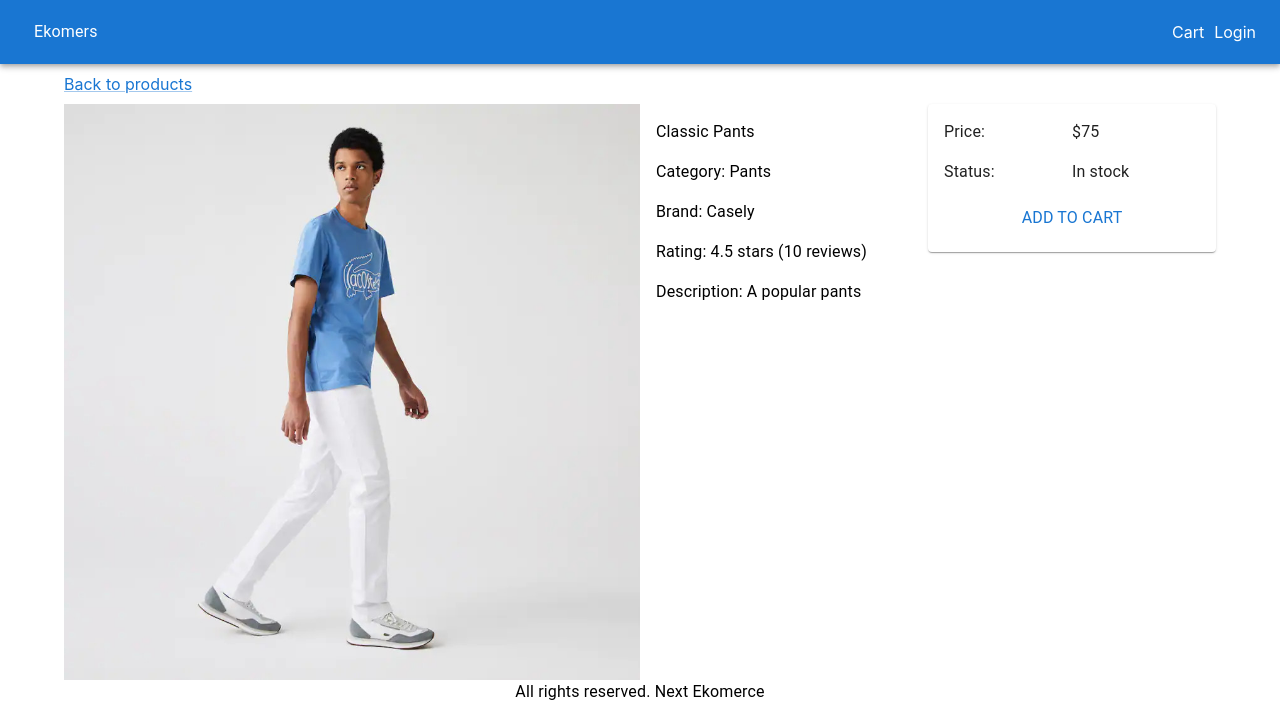
Repository: ChakmaSajib/ekomerce
Page: /product/classic-pants
The author's editor kept a copy of each file at every save. The page is drawn from the files as they stood at one save, then again after the next save.
The browser window is 1280 px wide. The pictures show the whole page.
The project was rebuilt for these pictures with package versions that can differ from the ones it lists, and the page was loaded fresh each time. The framework's server and built-in components were replaced by stand-ins that run in the browser. Also part of the build but not shown: next.config.js.

Above is the page before, as saved 2022-01-02 13:10:27.

### pages/_app.js
import React, { useEffect } from "react"
import '../styles/globals.css'
function MyApp({ Component, pageProps }) {
  useEffect(() => {
    // this will call after rendering this component
    // to remove css for server side rendering
    // to fix the issue with server-side with material-ui

    const jssStyle = document.querySelector('#jss-server-side')
    if (jssStyle) {
      jssStyle.parentElement.removeChild(jssStyle)
    }
  }, [])
  return <Component {...pageProps} />
}

export default MyApp

### pages/_document.js
// We will change the way that Next basically render the pages
import { ServerStyleSheets } from '@mui/styles';
import React from "react"
import App from 'next/app';
import Document, { Html, Head, Main, NextScript } from 'next/document';
export default class MyDocument extends Document {
    render() {
        return (
            <Html lang="en">
                <Head></Head>
                {/** here, the body element does not comming from NextJS */}
                <body>
                    <Main />
                    <NextScript />
                </body>
            </Html>
        )
    }
}

// This will render before above component
MyDocument.getInitialProps = async (ctx) => {
    const sheets = new ServerStyleSheets();
    const originalRenderPage = ctx.renderPage;
    ctx.renderPage = () => {
        return originalRenderPage({
            enhanceApp: (App) => (props) => sheets.collect(<App {...props} />),
        });
    };

    const initialProps = await Document.getInitialProps(ctx)
    return {
        ...initialProps,
        styles: [
            ...React.Children.toArray(initialProps.styles), sheets.getStyleElement()
        ]
    }
}

### pages/product/[slug].js
// This is dynamic routing
// first, find the route url from the param
import { useRouter } from 'next/router'
import NextLink from "next/link"
import Image from "next/image"
import React from 'react'
import Layout from '../../components/Layout'
import data from "../../utils/data"
import { Button, Card, Grid, Link, List, ListItem, Typography } from '@mui/material'
import useStyles from '../../utils/styles'


export default function ProductScreen() {
    const router = useRouter()
    const { slug } = router.query
    const product = data.products.find((product) => product.slug === slug)
    const classes = useStyles()

    if (!product) {
        return <div> product is not found!</div>
    }
    return (
        <Layout title={product.name} description={product.name}>
            <div className={classes.section}>
                <NextLink href="/" passHref>
                    <Link>Back to products</Link>
                </NextLink>
            </div>

            <Grid container >
                {/** Image */}
                <Grid item md={6} xs={12}>
                    <Image src={product.image} alt={product.name} width={640} height={640} layout="responsive">
                    </Image>
                </Grid>

                {/** Product information */}
                <Grid item md={3} xs={12}>

                    {/**
                     *  Name
                     *  Category
                     *  Brand
                     *  Rating
                     *  Description
                     *
                     */}
                    <List>
                        <ListItem>
                            <Typography component="h1"> {product.name}</Typography>
                        </ListItem>
                        <ListItem>
                            <Typography> Category: {product.category}</Typography>
                        </ListItem>
                        <ListItem>
                            <Typography> Brand: {product.brand}</Typography>
                        </ListItem>
                        <ListItem>
                            <Typography> Rating: {product.rating} stars ({product.numReviews} reviews) </Typography>
                        </ListItem>
                        <ListItem>
                            <Typography> Description: {product.description}</Typography>
                        </ListItem>
                    </List>
                </Grid>

                {/** Product price and status */}
                <Grid item md={3} xs={12}>
                    <Card>

                        <List>
                            {/** price */}
                            <ListItem>
                                <Grid container>
                                    <Grid item xs={6} >
                                        <Typography>Price: </Typography>
                                    </Grid>
                                    <Grid item xs={6}>
                                        <Typography>${product.price}</Typography>
                                    </Grid>
                                </Grid>
                            </ListItem>

                            {/** status */}
                            <ListItem>
                                <Grid container>
                                    <Grid item xs={6}>
                                        <Typography> Status:</Typography>
                                    </Grid>
                                    <Grid item xs={6}>
                                        <Typography>{product.countInStock > 0 ? "In stock" : "Unavailable"}</Typography>
                                    </Grid>
                                </Grid>
                            </ListItem>

                            {/** Add to cart button */}
                            <ListItem>
                                <Button fullWidth color="primary" type="con">
                                    <Typography>Add to cart</Typography>
                                </Button>
                            </ListItem>

                        </List>
                    </Card>
                </Grid>
            </Grid>
        </Layout>
    )
}

### components/Layout.js
import React from 'react';
import Head from 'next/head';
import { AppBar, Toolbar, Typography, Container, Link } from '@mui/material';
import NextLink from "next/link"
import useStyles from '../utils/styles';

export default function Layout({ title, description, children }) {
    const classes = useStyles()

    return (
        <div>
            <Head>
                <title>{title ? `${title} - Ekomerce` : 'Ekomerce'}</title>
            </Head>

            {/** App bar */}
            <AppBar position="static" className={classes.navbar}>
                <Toolbar>
                    <NextLink href="/" passHref>
                        <Link>
                            <Typography className={classes.brand}>
                                Ekomers
                            </Typography>
                        </Link>
                    </NextLink>
                    <div className={classes.grow}></div>
                    <div>
                        <NextLink href="/cart" passHref>
                            <Link>Cart</Link>
                        </NextLink>

                        <NextLink href="/login" passHref>
                            <Link>Login</Link>
                        </NextLink>
                    </div>
                </Toolbar>
            </AppBar>

            {/** Main Container */}
            <Container className={classes.main}>
                {children}
            </Container>

            {/** Footer */}

            <footer className={classes.footer}>
                <Typography> All rights reserved. Next Ekomerce </Typography>
            </footer>
        </div>
    )
}

### utils/data.js
const data = {
    products: [
        {
            name: 'Free Shirt',
            slug: 'free-shirt',
            category: 'Shirts',
            image: '/images/shirt1.jpg',
            price: 70,
            brand: 'Nike',
            rating: 4.5,
            numReviews: 10,
            countInStock: 20,
            description: 'A popular shirt',

        },
        {
            name: 'Fit Shirt',
            slug: 'fit-shirt',
            category: 'Shirts',
            image: '/images/shirt2.jpg',
            price: 80,
            brand: 'Adidas',
            rating: 4.2,
            numReviews: 10,
            countInStock: 20,
            description: 'A popular shirt',
        },
        {
            name: 'Slim Shirt',
            category: 'Shirts',
            image: '/images/shirt3.jpg',
            price: 90,
            brand: 'Raymond',
            rating: 4.5,
            numReviews: 10,
            countInStock: 20,
            description: 'A popular shirt',
            slug: 'slim-shirt'
        },
        {
            name: 'Golf Pants',
            category: 'Pants',
            image: '/images/pants1.jpg',
            price: 90,
            brand: 'Oliver',
            rating: 4.5,
            numReviews: 10,
            countInStock: 20,
            description: 'Smart looking pants',
            slug: 'golf-pants'
        },
        {
            name: 'Fit Pants',
            category: 'Pants',
            image: '/images/pants2.jpg',
            price: 95,
            brand: 'Zara',
            rating: 4.5,
            numReviews: 10,
            countInStock: 20,
            description: 'A popular pants',
            slug: 'fit-pants'
        },
        {
            name: 'Classic Pants',
            category: 'Pants',
            image: '/images/pants3.jpg',
            price: 75,
            brand: 'Casely',
            rating: 4.5,
            numReviews: 10,
            countInStock: 20,
            description: 'A popular pants',
            slug: 'classic-pants'
        },
    ],
};
export default data;

### utils/styles.js
import { makeStyles } from '@mui/styles';

const useStyles = makeStyles({
    navbar: {
        backgroundColor: '#203040',
        '& a': {
            color: "#fff",
            marginLeft: 10,
        }

    },
    brand: {
        fontWeight: "bold",
        fontSize: "1.5rem"
    },

    grow: {
        flexGrow: 1,
    },
    main: {
        minHeight: '80vh',
    },

    footer: {
        textAlign: 'center'
    },

    section: {
        marginTop: 10,
        marginBottom: 10
    }

})

export default useStyles;

Loaded but not shown: styles/globals.css (common file)

After the next save:
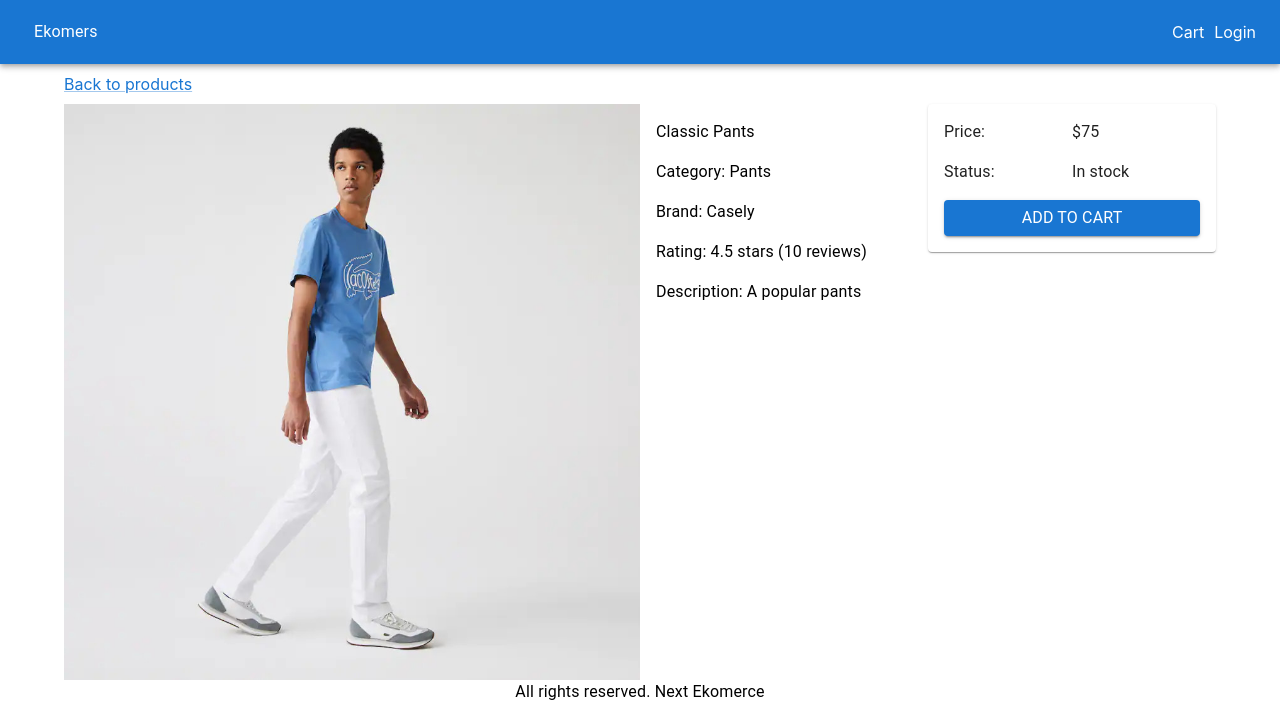
Saved 38 s later.
--- a/pages/product/[slug].js
+++ b/pages/product/[slug].js
@@ -95,7 +95,7 @@
 
                             {/** Add to cart button */}
                             <ListItem>
-                                <Button fullWidth color="primary" type="con">
+                                <Button fullWidth color="primary" variant="contained">
                                     <Typography>Add to cart</Typography>
                                 </Button>
                             </ListItem>
